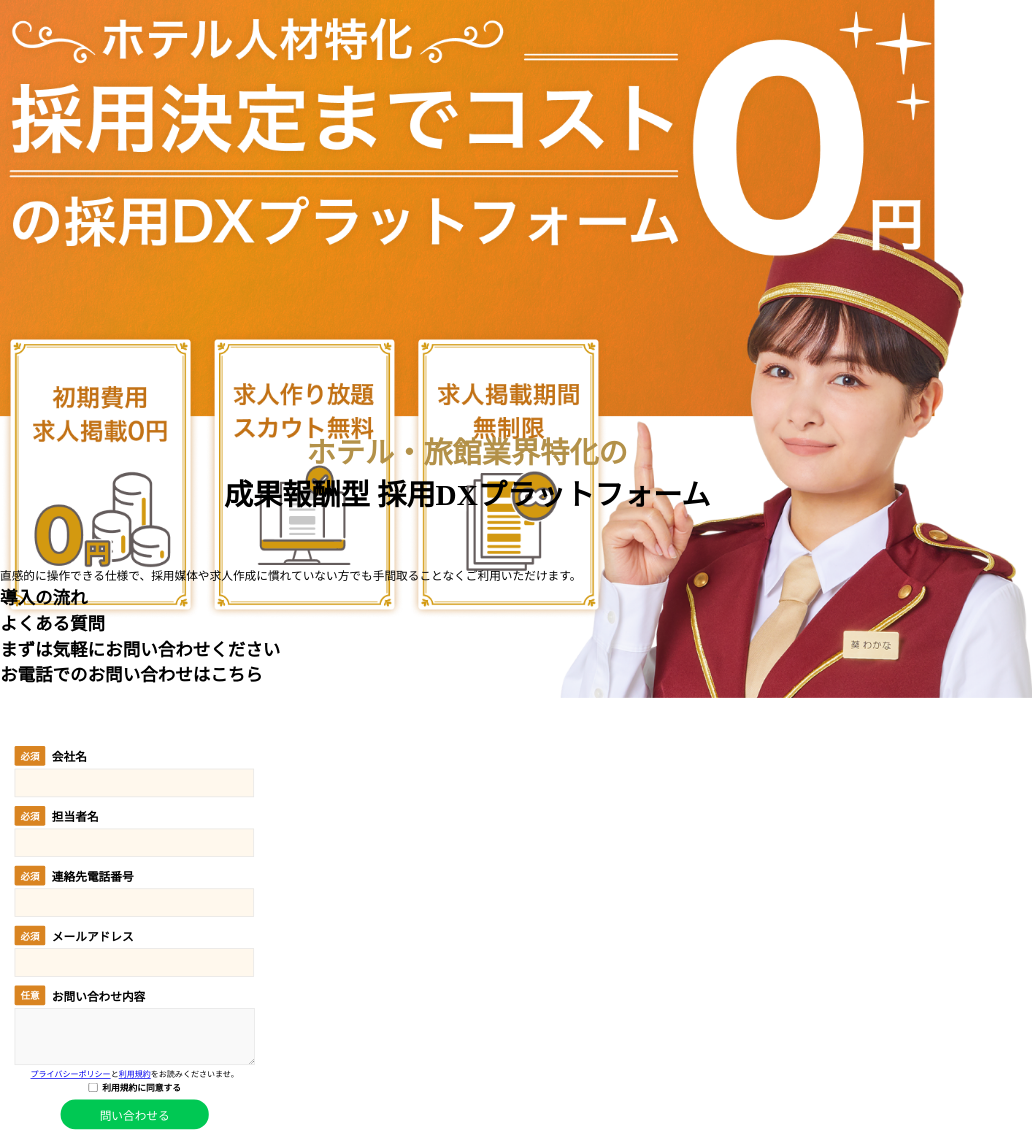
Repository: FujieRyou/to_b_lp
Page: index.html
These files come from the project's save history. The page is drawn as it stood at one moment and after the next save; the edit follows.
The browser window is 1280 px wide. The page is 1414 px wide, so the pictures cover 1414 px, including what lies to the right of the window. The pictures show the whole page, at 73% of full size.

Above is the page before, as saved 2024-02-27 01:26:43.
Not found: index.js

After the next save:
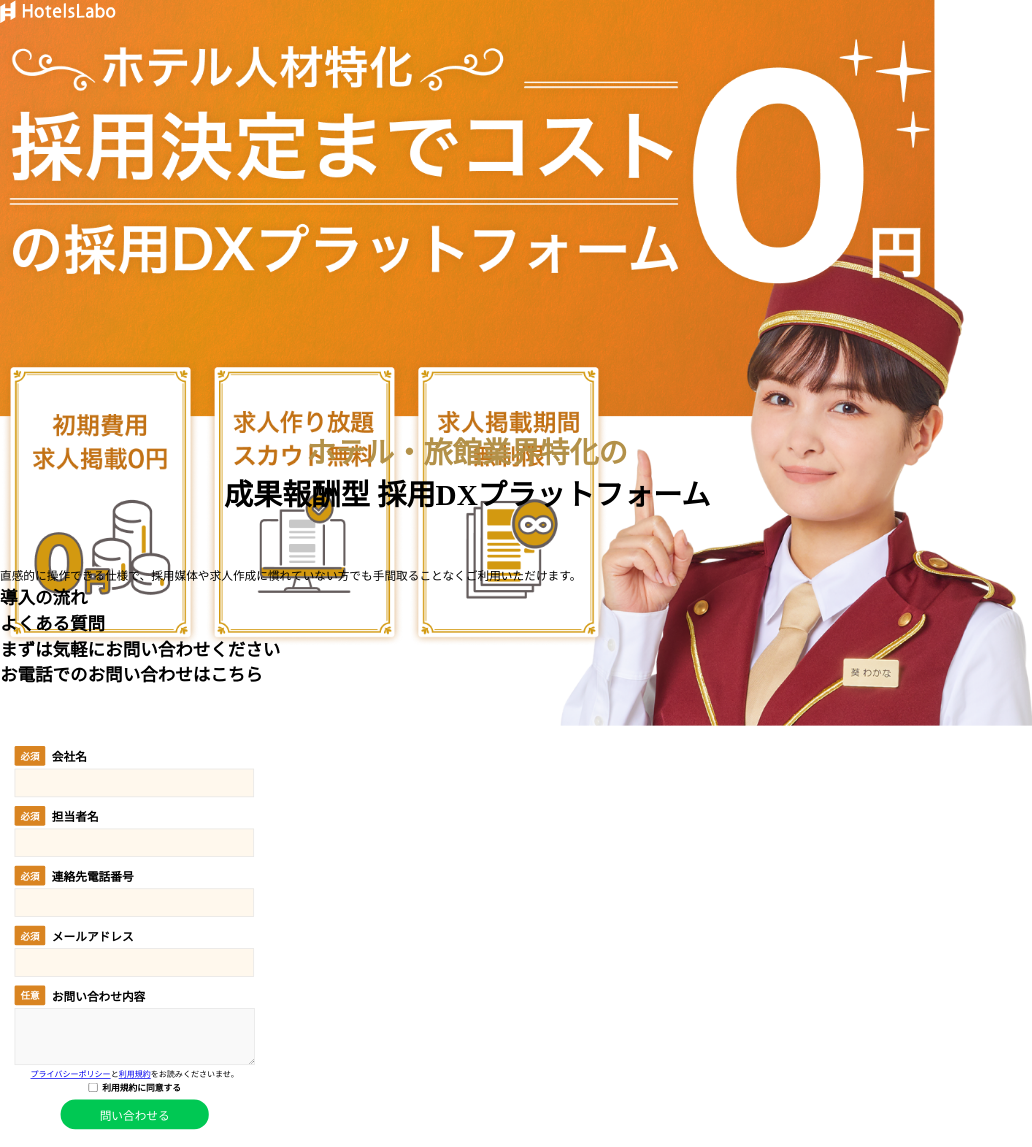
Saved 4 min 10 s later.
--- a/index.html
+++ b/index.html
@@ -29,12 +29,12 @@
                     <div class="firstViewEffect">
                         <div class="contentWrap">
                             <div>
-                                <img src="img/firstViewの葵さんとその他売り文句.png" alt="firstViewの葵さんとその他売り文句">
                                 <header>
                                     <h1>
                                         <img src="img/ロゴ.svg" alt="ホテルズラボのロゴ" class="logo">
                                     </h1>
                                 </header>
+                                <img src="img/firstViewの葵さんとその他売り文句.png" alt="firstViewの葵さんとその他売り文句" class="">
                             </div>
                             <!-- form -->
                             <div>
